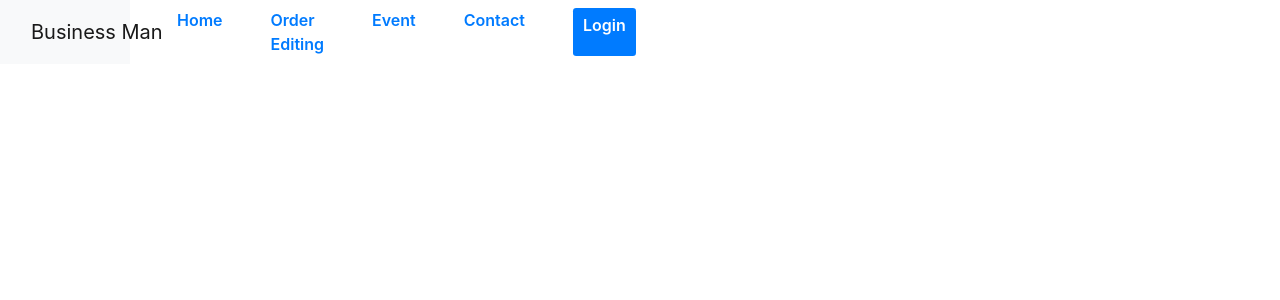
Repository: mdtahsinamin/internship-task
Page: /
An editor plug-in stored every save of this project. The page is shown before and after the next save, followed by the edit.
The browser window is 1280 px wide. The pictures show the whole page.
The project was rebuilt for these pictures with package versions that can differ from the ones it lists, and the page was loaded fresh each time. Also part of the build but not shown: src/App.css, src/Components/Style/SignIn.css, src/Components/Authentication/SignIn.js, src/Components/NotFound/NotFound.js.

Above is the page before, as saved 2020-12-24 18:38:13.

### src/App.js

import { createContext, useState } from "react";
import {
  BrowserRouter as Router,
  Switch,
  Route,
  Link
} from "react-router-dom";
import './App.css';
import SignIn from "./Components/Authentication/SignIn";
import NotFound from "./Components/NotFound/NotFound";
import Home from "./Components/Pages/Home/Home";

export const UserContext = createContext();

function App() {
   const [loginUser,setLoginUser] = useState({

   });

  return (
   <UserContext.Provider value={[loginUser,setLoginUser]}>
    <Router>
       <Switch>
         <Route path='/home' component={Home}/>

         <Route path='/sign-in' component={SignIn}/>
         <Route exact path='/' component={Home}/>

       </Switch>
    </Router>
   </UserContext.Provider>
  );
}

export default App;

### src/Components/Pages/Home/Home.js
import React from 'react';
import Navigation from '../Share/Navigation/Navigation';

const Home = () => {
    return (
        <div>
            <Navigation></Navigation>
        </div>
    );
};

export default Home;

### src/Components/Authentication/AuthManager.js
import firebase from "firebase/app";
import "firebase/auth";
import firebaseConfig from "./firebase.config";

export const initializeLoginFramework = () =>{
    if(firebase.apps.length === 0){
      firebase.initializeApp(firebaseConfig);
    }
}

export const continueWithGoogle = () =>{
    let  provider = new firebase.auth.GoogleAuthProvider();
    return firebase.auth().signInWithPopup(provider).then(res=> {
        const {displayName,email,photoURL} = res.user;
        const googleUser = {
            isLogin : true,
            name : displayName,
            email:email,
            photoURL: photoURL,
            success:true
        }
        return googleUser;
    }).catch((error)=> {
        console.log(error);

    });

}

export const googleSignOut = () =>{
     firebase.auth().signOut().then(function() {

      }).catch(function(error) {

      });
}

### src/Components/Pages/Share/Navigation/Navigation.js

import React, { useContext } from 'react';
import { Container, Dropdown, Nav, Navbar } from 'react-bootstrap';
import { Link } from 'react-router-dom';
import { UserContext } from '../../../../App';
import { googleSignOut } from '../../../Authentication/AuthManager';
import '../../../Style/Navigation.css';

const Navigation = () => {
    const links = ['Home','Order Editing','Event','Contact'];
    const [loginUser,setLoginUser] = useContext(UserContext);


    const linkStyle ={
         textDecoration: 'none',
         fontSize:'16px',
         fontWeight:'600'
    };


    const handleSignOut = () =>{
        googleSignOut();
        setLoginUser({});
    }

    return (
    <header>
        <Navbar bg="light" variant="light" expand="lg" collapseOnSelect>
           <Container>
             <Link to='/'>
               <Navbar.Brand style={{width:'130px'}}>Business Man</Navbar.Brand>
             </Link>
            <Navbar.Toggle aria-controls="basic-navbar-nav" />
            <Navbar.Collapse id="basic-navbar-nav">
                <Nav className="ml-auto">
                    {
                        links.map((link,index) =>{
                              return (
                               <Link className="mr-5" to={`${link.toLocaleLowerCase().split(' ').join('-')}`} style={linkStyle} key={index}>
                                   {link}
                               </Link>
                              )
                        })
                    }
                    {loginUser.email? (
                    <>
                    <Dropdown>
                      <Dropdown.Toggle className="bg-transparent text-dark drop">
                        {loginUser.name}
                       <span className="profile-pic">
                         <img src={loginUser.photoURL} alt="login-user-pic" className="img-fluid" />
                      </span>
                    </Dropdown.Toggle>

                    <Dropdown.Menu>
                       <Link to="/dashboard">
                         <Dropdown.Item>Dashboard</Dropdown.Item>
                      </Link>
                      <Dropdown.Item onClick={handleSignOut}>
                        Sign Out
                      </Dropdown.Item>
                    </Dropdown.Menu>
                  </Dropdown>
                 </>)
                 : (
                     <Link style={linkStyle} to="/sign-in" className="login-button bg-primary text-white rounded-sm"> Login</Link>
                  )
                 }
                </Nav>
            </Navbar.Collapse>
           </Container>
        </Navbar>
   </header>
    );
};

export default Navigation;

### src/Components/Authentication/firebase.config.js
    // firebaseConfig

   const firebaseConfig = {
    apiKey: "AIzaSyDc0cEzjODxHuOQTtzbk7NQM-cFwDjIHy0",
    authDomain: "utilize-73a57.firebaseapp.com",
    projectId: "utilize-73a57",
    storageBucket: "utilize-73a57.appspot.com",
    messagingSenderId: "1084171874155",
    appId: "1:1084171874155:web:ffb115514317faa11e662e"
  };

  export default firebaseConfig;

### src/Components/Style/Navigation.css
.login-button{
     padding:5px 10px;
     background:#5E5BFB;
}

.login-button:hover{
     background:rgb(77, 82, 77);
     color:#ffff;
}
.drop{
    border:none;
}
.profile-pic img{
		width: 40px;
		border-radius: 50%;
		margin-left: 8px;
}
.navbar{
    width:130px;
}

Loaded but not shown: public/index.html (common file); src/index.js (common file); src/index.css (common file); src/reportWebVitals.js (common file)

After the next save:
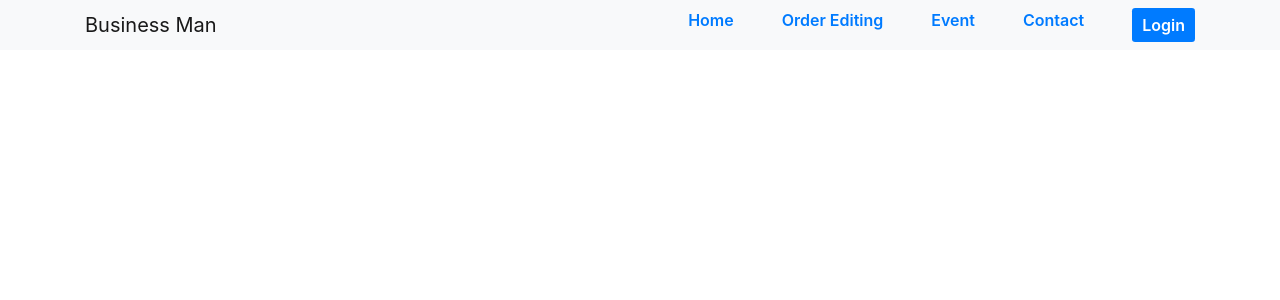
Saved 14 s later.
--- a/src/Components/Style/Navigation.css
+++ b/src/Components/Style/Navigation.css
@@ -16,5 +16,5 @@
 		margin-left: 8px;
 }
 .navbar{
-    width:130px;
+    height:50px;
 }
